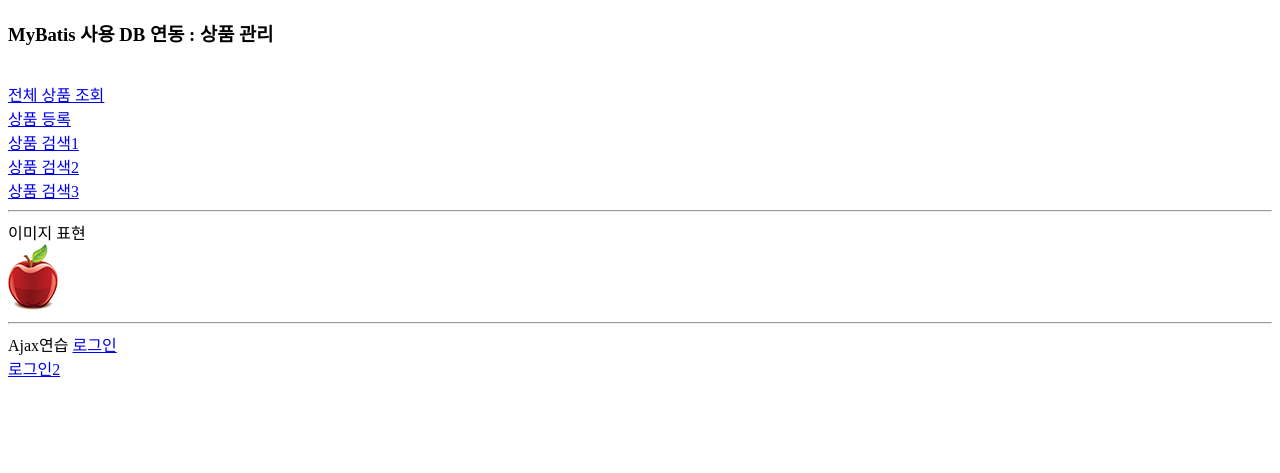
Repository: dddo3421/springBoot
Page: http://localhost/spring_boot_mybatis/WEB-INF/views/index.jsp
These files come from the project's save history. The page is drawn as it stood at one moment and after the next save; the edit follows.
The browser window is 1280 px wide. The pictures show the whole page.
The page is served by Tomcat 10. Nobody is signed in. The template is opened directly, without the code that normally fills it, so the values that code supplies are empty.

Above is the page before, as saved 2025-09-30 00:41:01.

After the next save:
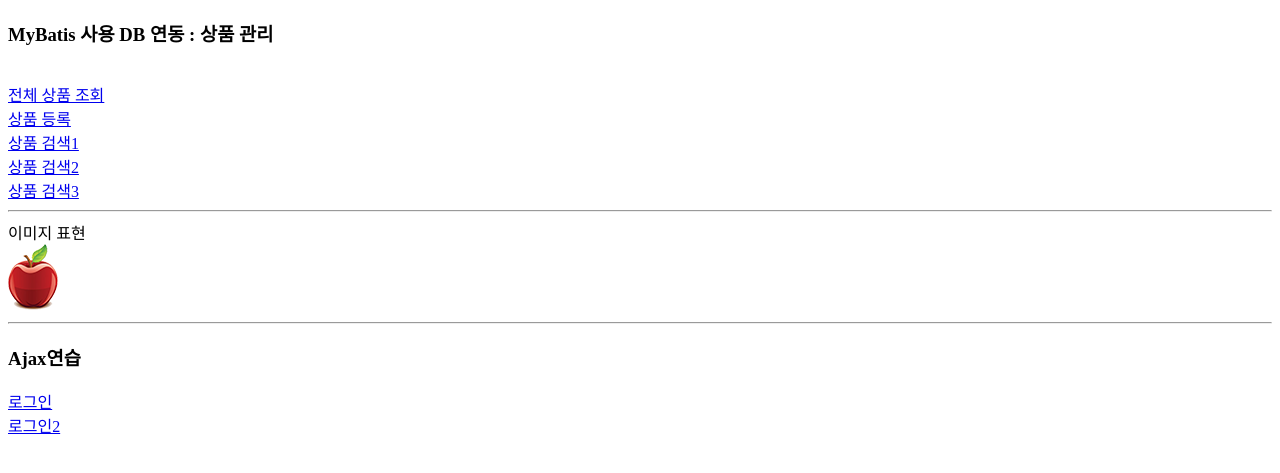
Saved 24 s later.
--- a/spring_boot_mybatis/src/main/webapp/WEB-INF/views/index.jsp
+++ b/spring_boot_mybatis/src/main/webapp/WEB-INF/views/index.jsp
@@ -18,7 +18,7 @@
 		<hr>
 		이미지 표현<br>
 		<img src="<c:url value='/image/apple.png'/>" /><br>
-		<hr
+		<hr>
 		<h3>Ajax연습</h3>
 		<a href="<c:url value='/loginForm'/>">로그인</a><br>
 		<a href="<c:url value='/loginForm2'/>">로그인2</a><br>
